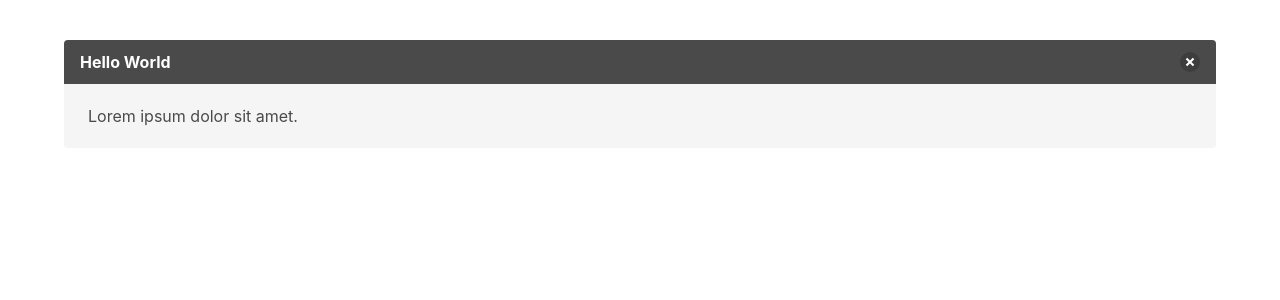
Repository: shvansheikha/Vue-Test
Page: index.html
The author's editor kept a copy of each file at every save. The page is drawn from the files as they stood at one save, then again after the next save.
The browser window is 1280 px wide. The pictures show the whole page.

Above is the page before, as saved 2020-04-02 22:22:13.

### index.html
<!DOCTYPE html>
<html lang="en">

<head>
    <meta charset="UTF-8">
    <meta name="viewport" content="width=device-width, initial-scale=1.0">
    <title>Document</title>
    <link rel="stylesheet" href="bulma.min.css">
    <script defer src="all.js"></script>

    <style type="text/css">
        body{padding-top: 40px;}
    </style>

</head>

<body>
    <div id="root" class="container">

        <message title="Hello World" body="Lorem ipsum dolor sit amet."></message>


    </div>


    <script src="https://cdn.jsdelivr.net/npm/vue/dist/vue.js"></script>
    <script src="main.js"></script>
</body>

</html>

### main.js
Vue.component('message', {
    props:['title','body'],
    data(){
        return {
            isVisible:true
        }
    },
    template: `
    <article class="message" v-show="isVisible">
            <div class="message-header">
                <p> {{title}} </p>
                <button class="delete" aria-label="delete" @click="hideModel"></button>
            </div>
            <div class="message-body">
               {{body}}
            </div>
        </article>
    `,
    methods:{
        hideModel(){
                this.isVisible=false;
        }
    }
});


new Vue({
    el: '#root'
});

Loaded but not shown: bulma.min.css (library); all.js (library)

After the next save:
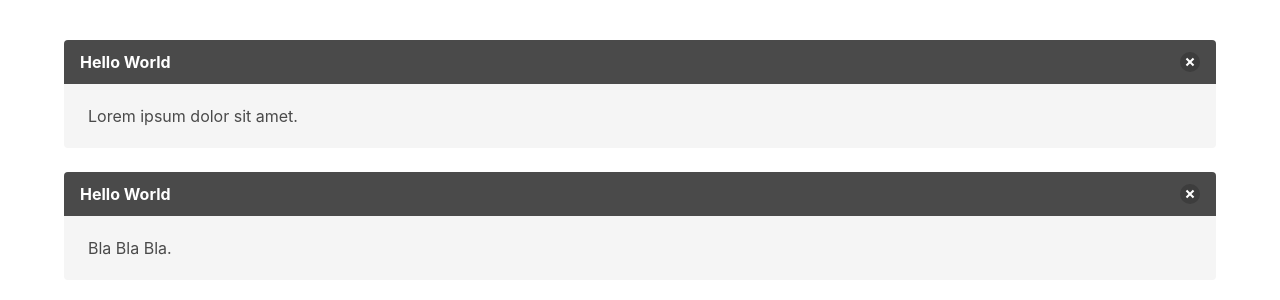
Saved 35 s later.
--- a/index.html
+++ b/index.html
@@ -19,6 +19,8 @@
 
         <message title="Hello World" body="Lorem ipsum dolor sit amet."></message>
 
+        <message title="Hello World" body="Bla Bla Bla."></message>
+
 
     </div>
 
